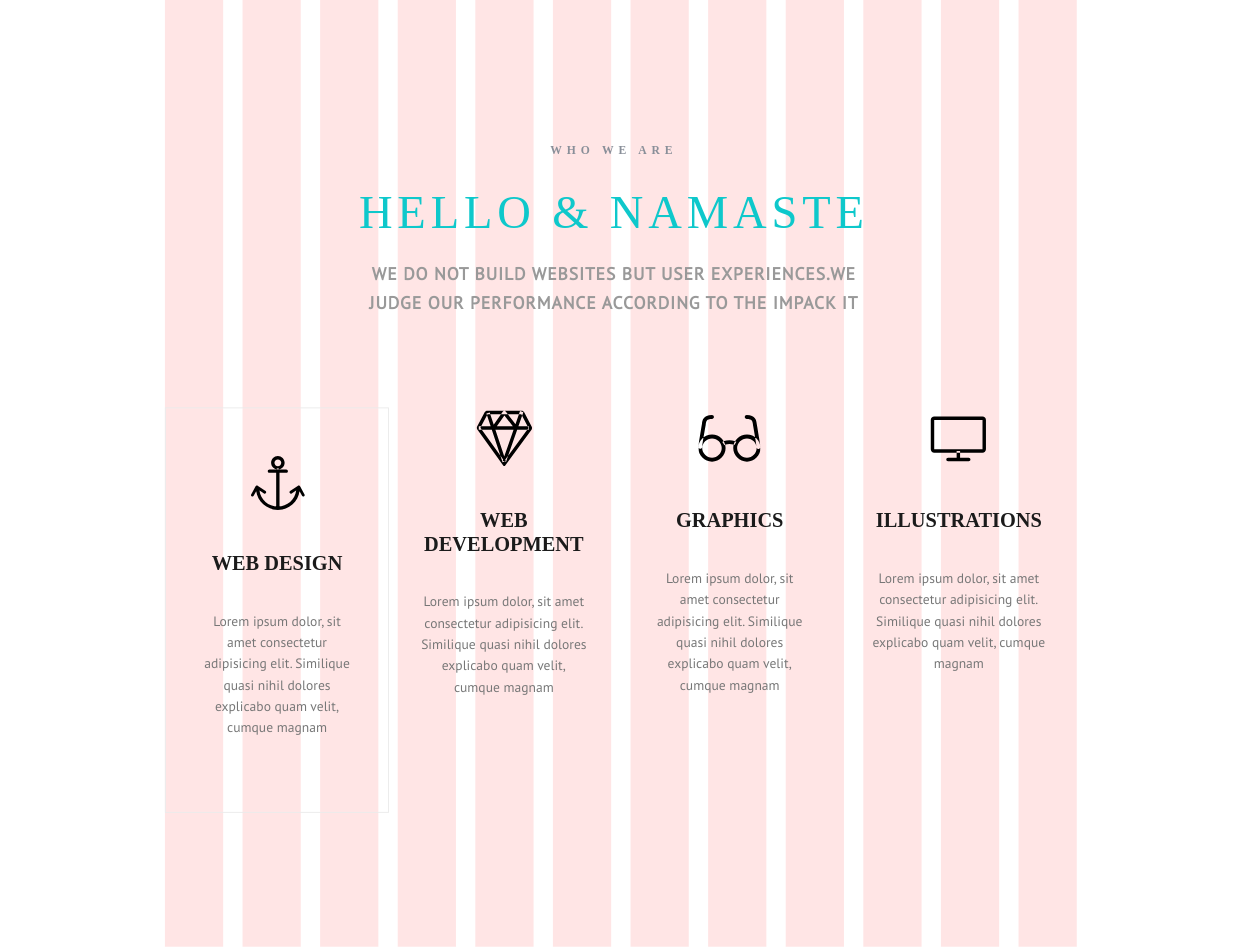
Repository: shpakovskaya/github.io
Page: boxsizing/namastegreen/index.html
These files come from the project's save history. The page is drawn as it stood at one moment and after the next save; the edit follows.
The browser window is 1280 px wide. The pictures show the whole page, at 97% of full size.

Above is the page before, as saved 2021-11-24 21:39:31.

### boxsizing/namastegreen/index.html
<!DOCTYPE html>
<html lang="en">
  <head>
    <meta charset="UTF-8" />
    <meta http-equiv="X-UA-Compatible" content="IE=edge" />
    <meta name="viewport" content="width=device-width, initial-scale=1.0" />
    <title>namaste_green</title>
    <link
      rel="stylesheet"
      href="https://cdnjs.cloudflare.com/ajax/libs/normalize/8.0.1/normalize.min.css"
      integrity="sha512-NhSC1YmyruXifcj/KFRWoC561YpHpc5Jtzgvbuzx5VozKpWvQ+4nXhPdFgmx8xqexRcpAglTj9sIBWINXa8x5w=="
      crossorigin="anonymous"
      referrerpolicy="no-referrer"
    />
    <link
      rel="shortcut icon"
      href="./free-icon-sahasrara-5937794.ico"
      type="image/x-icon"
    />
    <!-- Fonts -->
    <link rel="stylesheet" href="./montserrat/Montserrat-Regular.ttf" />
    <link rel="stylesheet" href="./montserrat/Montserrat-Bold.ttf" />
    <link rel="preconnect" href="https://fonts.googleapis.com" />
    <link rel="preconnect" href="https://fonts.gstatic.com" crossorigin />
    <link
      href="https://fonts.googleapis.com/css2?family=PT+Sans&display=swap"
      rel="stylesheet"
    />
    <link rel="stylesheet" href="./style.css" />
  </head>
  <body>
    <!-- Background -->
    <div class="conteiner">
      <img
        src="./img/1b0eb2e9-f134-46c9-915e-629d914347aa (1).png"
        alt="background"
      />
      <!-- Header -->
      <header class="header conteiner">
        <header class="header__wrapper">
          <h5 class="e-header__one">WHO WE ARE</h5>
          <h2 class="e-header__two">HELLO & NAMASTE</h2>
          <h4 class="e-header__three">
            WE DO NOT BUILD WEBSITES BUT USER EXPERIENCES.WE
            <br />JUDGE OUR PERFORMANCE ACCORDING TO THE IMPACK IT
          </h4>
        </header>
      </header>
      <!-- Main content -->
      <div class="wrapper">
        <!-- Anchor item -->
        <div class="c-wrapper__anchor">
          <div class="e-wrapper__anchor">
            <svg
              version="1.2"
              baseprofile="tiny-ps"
              xmlns="http://www.w3.org/2000/svg"
              viewbox="0 0 69 74"
              width="64"
              height="64"
            >
              <path
                id="Anchor"
                class="shp0"
                d="M35 70.19C21.76 70.19 10.62 60.29 9.08 47.16C8.95 46.06 9.73 45.07 10.83 44.94C11.92 44.8 12.92 45.59 13.05 46.69C14.35 57.81 23.79 66.19 35 66.19C46.19 66.19 55.63 57.82 56.95 46.73C57.08 45.63 58.07 44.84 59.17 44.98C60.27 45.11 61.06 46.1 60.92 47.2C59.36 60.31 48.22 70.19 35 70.19ZM35 69.68C33.89 69.68 33 68.79 33 67.68L33 22.56C33 21.45 33.89 20.56 35 20.56C36.1 20.56 37 21.45 37 22.56L37 67.68C37 68.79 36.1 69.68 35 69.68ZM35.03 9.94C37.27 9.94 39.09 11.76 39.09 14C39.09 16.24 37.27 18.06 35.03 18.06C32.79 18.06 30.97 16.24 30.97 14C30.97 11.76 32.79 9.94 35.03 9.94M35.03 5.94C30.58 5.94 26.97 9.55 26.97 14C26.97 18.45 30.58 22.06 35.03 22.06C39.48 22.06 43.09 18.45 43.09 14C43.09 9.55 39.48 5.94 35.03 5.94L35.03 5.94ZM59.4 45.16L51.49 50.54C50.81 50.97 49.89 50.95 49.48 50.25L49.07 49.8C48.67 49.1 48.89 48.18 49.57 47.74L58.67 41.6C58.68 41.59 58.69 41.58 58.7 41.57L59.32 41.17C59.66 40.95 60.05 40.9 60.4 40.99C60.76 41.07 61.09 41.3 61.29 41.65L61.66 42.28C61.67 42.3 61.66 42.31 61.67 42.32L66.81 51.78C67.22 52.48 67 53.39 66.32 53.83L65.75 54.05C65.07 54.48 64.23 54.09 63.82 53.39L59.4 45.16ZM6.18 53.39C5.77 54.09 4.93 54.48 4.25 54.05L3.68 53.83C3 53.39 2.78 52.48 3.19 51.78L8.33 42.32C8.34 42.31 8.33 42.3 8.34 42.28L8.71 41.65C8.91 41.3 9.24 41.07 9.6 40.99C9.95 40.9 10.34 40.95 10.68 41.17L11.3 41.57C11.31 41.58 11.32 41.59 11.33 41.6L20.43 47.74C21.11 48.18 21.33 49.1 20.93 49.8L20.52 50.25C20.11 50.95 19.19 50.97 18.51 50.54L10.6 45.16L6.18 53.39ZM25 22L45 22C46.1 22 47 22.89 47 24C47 25.1 46.1 26 45 26L25 26C23.9 26 23 25.1 23 24C23 22.89 23.9 22 25 22Z"
              />
            </svg>
          </div>
          <div class="title">
            <h4 class="title__anchor">WEB DESIGN</h4>
          </div>
          <div class="text__anchor">
            <span
              >Lorem ipsum dolor, sit amet consectetur adipisicing elit.
              Similique quasi nihil dolores explicabo quam velit, cumque magnam
            </span>
          </div>
        </div>
        <!-- Diamond item -->
        <div class="c-wrapper__diamond">
          <div class="e-wrapper__diamond">
            <svg
              version="1.2"
              baseprofile="tiny-ps"
              xmlns="http://www.w3.org/2000/svg"
              viewbox="0 0 74 72"
              width="66"
              height="64"
            >
              <path
                id="Diamond"
                class="shp0"
                d="M57.75 7.98L66.06 23.88L37.94 62.17L10.27 23.59L18.57 7.98L57.75 7.98M58.17 3.98L18.17 3.98C17.07 3.98 15.74 4.77 15.23 5.75L6.51 22.14C5.99 23.11 6.09 24.63 6.73 25.53L36.74 67.35C37.06 67.8 37.49 68.03 37.91 68.03C38.34 68.03 38.76 67.81 39.09 67.36L69.58 25.85C70.23 24.96 70.35 23.44 69.84 22.47L61.09 5.75C60.58 4.78 59.27 3.98 58.17 3.98L58.17 3.98ZM66.42 25.98L8.42 25.98L8.42 21.98L66.42 21.98L66.42 25.98ZM36.02 63.61L17.27 7.11L21.06 5.85L39.81 62.35L36.02 63.61ZM39.96 63.18L36.18 61.86L56.28 4.32L60.06 5.64L39.96 63.18ZM27.14 25.12L23.86 22.83L36.39 4.83C36.76 4.31 37.35 3.99 37.98 3.97C38.59 3.98 39.22 4.24 39.61 4.75L53.08 22.08L49.92 24.54L38.12 9.35L27.14 25.12Z"
              />
            </svg>
          </div>
          <div class="title">
            <h4 class="title__diamond">WEB DEVELOPMENT</h4>
          </div>
          <div class="text__diamond">
            <span
              >Lorem ipsum dolor, sit amet consectetur adipisicing elit.
              Similique quasi nihil dolores explicabo quam velit, cumque magnam
            </span>
          </div>
        </div>
        <!-- Eyeglasses item -->
        <div class="c-wrapper__eyeglasses">
          <div class="e-wrapper__eyeglasses">
            <svg
              version="1.2"
              baseprofile="tiny-ps"
              xmlns="http://www.w3.org/2000/svg"
              viewbox="0 0 64 48"
              width="64"
              height="64"
            >
              <path
                id="Eyeglasses"
                class="shp0"
                d="M1.91 34.69C1.86 34.69 1.81 34.69 1.77 34.69C0.66 34.61 -0.17 33.65 -0.09 32.55C-0.03 31.68 3.03 12.72 3.54 9.66C3.59 9.37 3.62 9.06 3.67 8.73C4.06 5.65 4.79 -0.06 14.01 -0.06C15.12 -0.06 16.01 0.83 16.01 1.94C16.01 3.04 15.12 3.94 14.01 3.94C8.31 3.94 8.01 6.28 7.63 9.24C7.59 9.62 7.54 9.98 7.48 10.32C7.09 12.7 4.32 26.99 3.9 32.83C3.83 33.89 2.95 34.69 1.91 34.69ZM62.09 34.82C61.05 34.82 59.97 34.01 59.9 32.96C59.48 27.12 56.71 12.7 56.32 10.32C56.26 9.98 56.21 9.62 56.17 9.24C55.79 6.28 55.49 3.94 49.79 3.94C48.69 3.94 47.79 3.04 47.79 1.94C47.79 0.83 48.69 -0.06 49.79 -0.06C59.01 -0.06 59.74 5.65 60.13 8.73C60.18 9.06 60.21 9.37 60.26 9.66C60.77 12.72 64.03 31.81 64.09 32.67C64.17 33.78 63.34 34.73 62.23 34.81C62.19 34.82 62.14 34.82 62.09 34.82ZM14.08 24.02C19.58 24.02 24.04 28.48 24.04 33.98C24.04 39.47 19.58 43.94 14.08 43.94C8.57 43.94 3.92 39.38 3.92 33.98C3.92 28.58 8.57 24.02 14.08 24.02M14.08 20.02C6.37 20.02 -0.08 26.27 -0.08 33.98C-0.08 41.69 6.37 47.94 14.08 47.94C21.79 47.94 28.04 41.69 28.04 33.98C28.04 26.27 21.79 20.02 14.08 20.02L14.08 20.02ZM50.08 24.02C55.57 24.02 60.04 28.48 60.04 33.98C60.04 39.47 55.57 43.94 50.08 43.94C44.57 43.94 39.91 39.38 39.91 33.98C39.91 28.58 44.57 24.02 50.08 24.02M50.08 20.02C42.37 20.02 35.91 26.27 35.91 33.98C35.91 41.69 42.37 47.94 50.08 47.94C57.79 47.94 64.04 41.69 64.04 33.98C64.04 26.27 57.79 20.02 50.08 20.02L50.08 20.02ZM26.87 30.96L24.69 27.6C24.97 27.42 27.51 25.83 31.98 25.83C36.25 25.83 38.86 27.23 39.15 27.39L37.18 30.88C37.18 30.88 35.21 29.83 31.98 29.83C28.71 29.83 26.89 30.94 26.87 30.96Z"
              />
            </svg>
          </div>
          <div class="title">
            <h4 class="title__eyeglasses">GRAPHICS</h4>
          </div>
          <div class="text__eyeglasses">
            <span
              >Lorem ipsum dolor, sit amet consectetur adipisicing elit.
              Similique quasi nihil dolores explicabo quam velit, cumque magnam
            </span>
          </div>
        </div>
        <!-- Monitor item -->
        <div class="c-wrapper__monitor">
          <div class="e-wrapper__monitor">
            <svg
              version="1.2"
              baseprofile="tiny-ps"
              xmlns="http://www.w3.org/2000/svg"
              viewbox="0 0 72 65"
              width="64"
              height="64"
            >
              <path
                id="Monitor"
                class="shp0"
                d="M64 10.98L64 44.99L8 44.99L8 10.98L64 10.98M64 6.98L8 6.98C5.8 6.98 4 8.78 4 10.98L4 44.99C4 47.19 5.8 48.99 8 48.99L64 48.99C66.2 48.99 68 47.19 68 44.99L68 10.98C68 8.78 66.2 6.98 64 6.98L64 6.98ZM38 47L38 55L48 55C49.1 55 50 55.9 50 57C50 58.1 49.1 59 48 59L24 59C22.9 59 22 58.1 22 57C22 55.9 22.9 55 24 55L34 55L34 47L38 47Z"
              />
            </svg>
          </div>
          <div class="title">
            <h4 class="title__monitor">ILLUSTRATIONS</h4>
          </div>
          <div class="text__monitor">
            <span
              >Lorem ipsum dolor, sit amet consectetur adipisicing elit.
              Similique quasi nihil dolores explicabo quam velit, cumque magnam
            </span>
          </div>
        </div>
      </div>
    </div>
  </body>
</html>

### boxsizing/namastegreen/style.css
* {
  margin: 0;
  padding: 0;
  box-sizing: border-box;
}

.conteiner {
  max-width: 1280px;
  max-height: 976px;
  position: relative;
}

/* Header */
.header {
  position: absolute;
  top: 0px;
  left: 370px;
}

.header__wrapper {
  margin-top: 140px;
  text-align: center;
  line-height: 30px;
  /* display: flex;
  flex-direction: column; */
  /* justify-content: center; */
}
.e-header__one {
  font-size: 12px;
  font-family: "Montserrat";

  color: #898f99;
  letter-spacing: 5px;
  margin-bottom: 34px;
}

.e-header__two {
  font-size: 48px;
  font-family: "Montserrat";
  color: #0ec8cb;
  margin-bottom: 34px;
  letter-spacing: 5px;
  font-weight: 400;
}

.e-header__three {
  font-size: 18px;
  letter-spacing: 1px;
  color: #999999;
  font-family: "PT Sans";
}

/* Items */
.wrapper {
  position: absolute;
  top: 420px;
  left: 170px;
  display: flex;
  flex-direction: row;
  text-align: center;
  max-width: 940px;
  min-height: 418px;
  background-color: #f7f7f7;
  background-color: transparent;
}

.c-wrapper__anchor {
  display: inline-block;
  align-content: center;
  border: 1px solid #ececec;
}

/* Title */
.title {
  color: #1b1b1b;
  margin: 36px;
  font-size: 21px;
  font-family: "Montserrat";
}

/* Text */
.text__diamond,
.text__anchor,
.text__eyeglasses,
.text__monitor {
  margin: 32px;
  color: #777777;
  font-size: 14px;
  line-height: 22px;
  font-family: "PT Sans";
  font-weight: 400;
}

/* Items hover */
.c-wrapper__anchor:hover {
  background: rgba(14, 200, 203, 0.5);
  color: white;
  fill: white;
}

.c-wrapper__diamond:hover {
  background: rgba(14, 200, 203, 0.5);
  color: white;
  fill: white;
}

.c-wrapper__eyeglasses:hover {
  background: rgba(14, 200, 203, 0.5);
  color: white;
  fill: white;
}

.c-wrapper__monitor:hover {
  background: rgba(14, 200, 203, 0.5);
  color: white;
  fill: white;
}

After the next save:
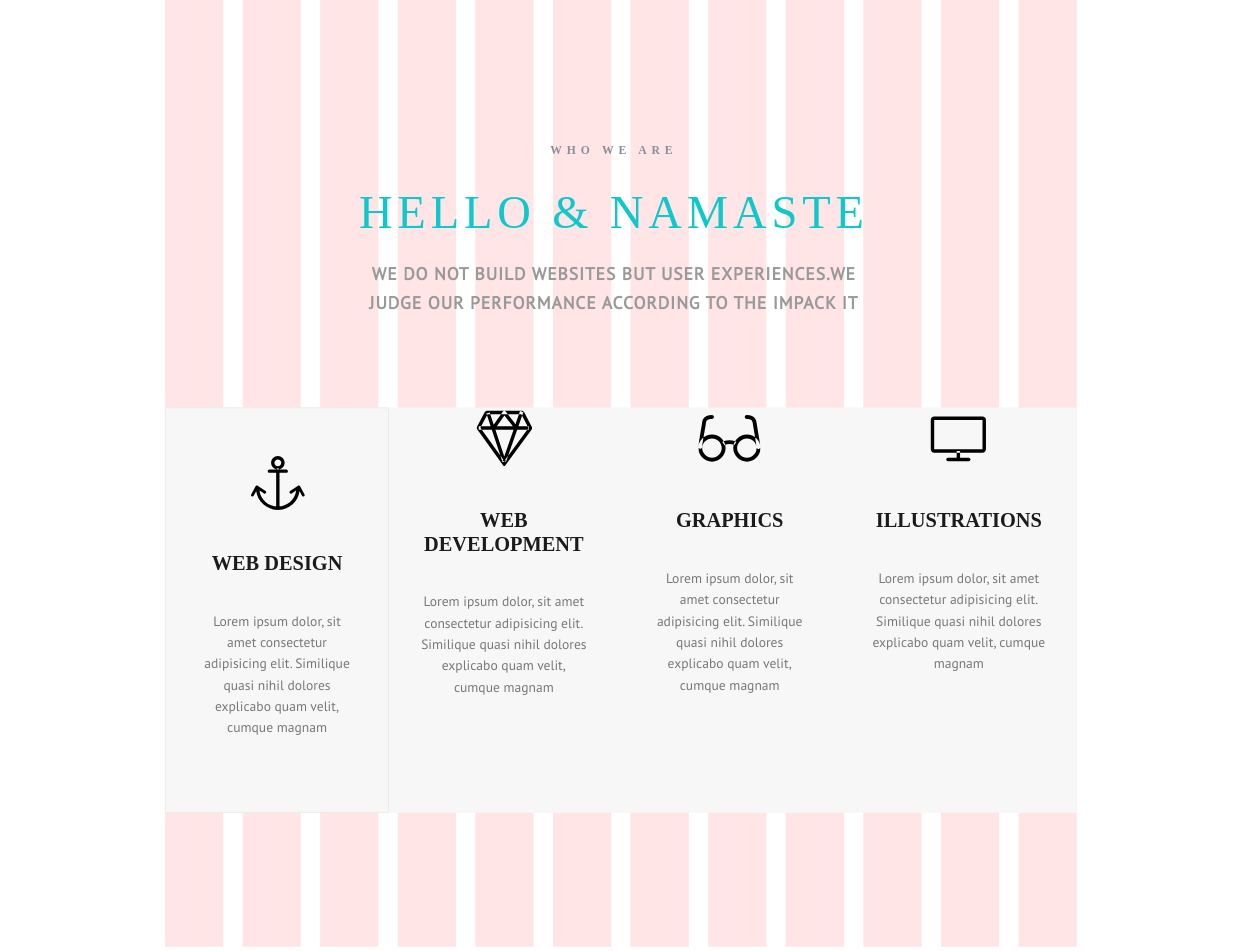
Saved 32 s later.
--- a/boxsizing/namastegreen/style.css
+++ b/boxsizing/namastegreen/style.css
@@ -60,8 +60,8 @@
   text-align: center;
   max-width: 940px;
   min-height: 418px;
+  background-color: transparent;
   background-color: #f7f7f7;
-  background-color: transparent;
 }
 
 .c-wrapper__anchor {
